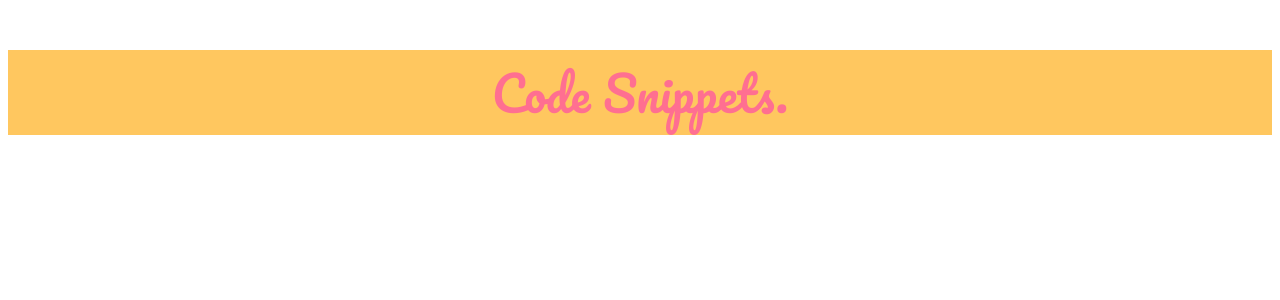
Repository: vikatgen/code-snippets
Page: index.html
The author's editor kept a copy of each file at every save. The page is drawn from the files as they stood at one save, then again after the next save.
The browser window is 1280 px wide. The pictures show the whole page.
The style sheet was rebuilt from its Sass, Less or Tailwind sources for each picture, by a compiler version that may differ from the author's.

Above is the page before, as saved 2020-03-30 22:36:24.

### index.html
<!DOCTYPE html>
<html lang="en">
  <head>
    <meta charset="UTF-8" />
    <meta name="viewport" content="width=device-width, initial-scale=1.0" />
    <link rel="stylesheet" href="/main.css" />
    <title>Code Snippets</title>
  </head>
  <body>
    <section id="heading-section">
      <div class="container">
        <div class="header-wrapper">
          <span>Code Snippets.</span>
        </div>
      </div>
    </section>
  </body>
</html>

### main.scss
@import url("https://fonts.googleapis.com/css?family=Pacifico&display=swap");

$heading: "Pacifico", cursive;
$heading-color: #ff6f91;
$heading-section-bg: #ffc75f;

.container {
  width: 90%;
  max-width: 1000px;
  margin: auto;
}

#heading-section {
  background: $heading-section-bg;
}

.header-wrapper {
  width: 100%;
  text-align: center;
  margin-top: 50px;
  span {
    font-family: $heading;
    font-size: 3rem;
    color: $heading-color;
  }
}

After the next save:
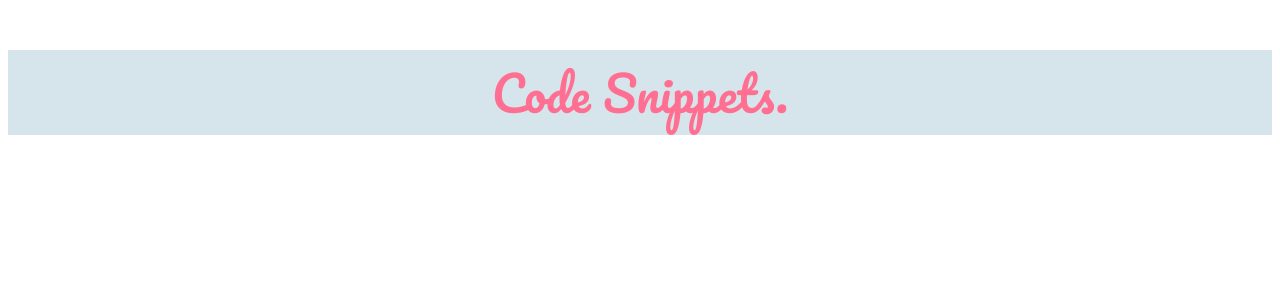
Saved 26 s later.
--- a/main.scss
+++ b/main.scss
@@ -2,7 +2,7 @@
 
 $heading: "Pacifico", cursive;
 $heading-color: #ff6f91;
-$heading-section-bg: #ffc75f;
+$heading-section-bg: #d6e5eb;
 
 .container {
   width: 90%;
